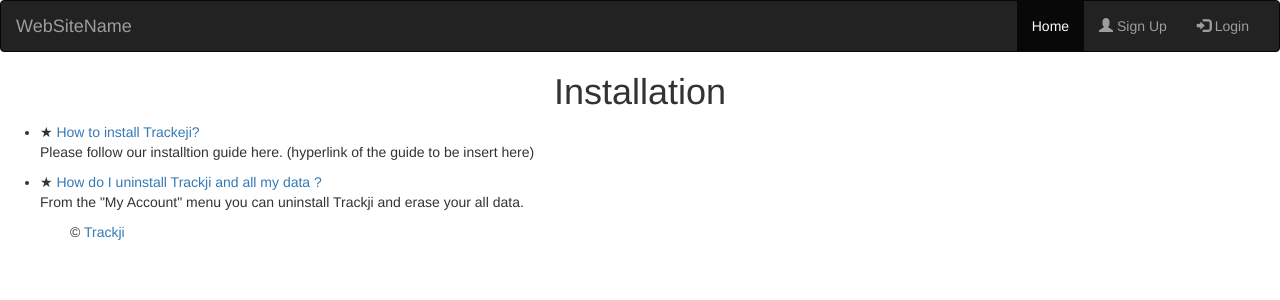
Repository: prathmeshgodbole/Web_Development
Page: Mobile_tracker/Installation.html
An editor plug-in stored every save of this project. The page is shown before and after the next save, followed by the edit.
The browser window is 1280 px wide. The pictures show the whole page.

Above is the page before, as saved 2020-03-08 17:57:26.

### Mobile_tracker/Installation.html
<!DOCTYPE html>
<html lang="en">



<head>
    <title>Bootstrap Example</title>
    <meta charset="utf-8">
    <meta name="viewport" content="width=device-width, initial-scale=1">
    <link rel="stylesheet" href="https://maxcdn.bootstrapcdn.com/bootstrap/3.4.1/css/bootstrap.min.css">
    <link rel="stylesheet" href="./css/installation.css">
    <script src="https://ajax.googleapis.com/ajax/libs/jquery/3.4.1/jquery.min.js"></script>
    <script src="https://maxcdn.bootstrapcdn.com/bootstrap/3.4.1/js/bootstrap.min.js"></script>
</head>

<body>

    <nav class="navbar navbar-inverse">
        <div class="container-fluid">
            <div class="navbar-header">
                <button type="button" class="navbar-toggle" data-toggle="collapse" data-target="#myNavbar">
        <span class="icon-bar"></span>
        <span class="icon-bar"></span>
        <span class="icon-bar"></span>
      </button>
                <a class="navbar-brand" href="#">WebSiteName</a>
            </div>
            <div class="collapse navbar-collapse" id="myNavbar">

                <ul class="nav navbar-nav navbar-right">
                    <li class="active"><a href="#">Home</a></li>
                    <li><a href="#"><span class="glyphicon glyphicon-user"></span> Sign Up</a></li>
                    <li><a href="#"><span class="glyphicon glyphicon-log-in"></span> Login</a></li>
                </ul>
            </div>
        </div>
    </nav>




    <div class="section-header">
        <h1 class="section-title">Installation</h1>
    </div>



    <ul class="article-list">

        <li class="article-promoted">
            <span data-title="Promoted article">★</span>
            <a href="">How to install Trackeji?</a>
            <p>Please follow our installtion guide here. (hyperlink of the guide to be insert here)</p>
        </li>

        <li class="article-promoted">
            <span data-title="Promoted article">★</span>
            <a href="">How do I uninstall Trackji and all my data ?</a>
            <p>From the "My Account" menu you can uninstall Trackji and erase your all data.</p>
        </li>

    </ul>

    <!--/.container-->
    <footer class="footer container">
        <div class="container-inner">
            <p class="copyright">&copy; <a href=>Trackji</a></p>
        </div>
    </footer>



</body>

</html>

### Mobile_tracker/css/installation.css
*body {
    margin: 0%;
    padding: 0%;
}

.section-header h1 {
    text-align: center;
}

.article-list ul {
    margin-top: 30px;
}

After the next save:
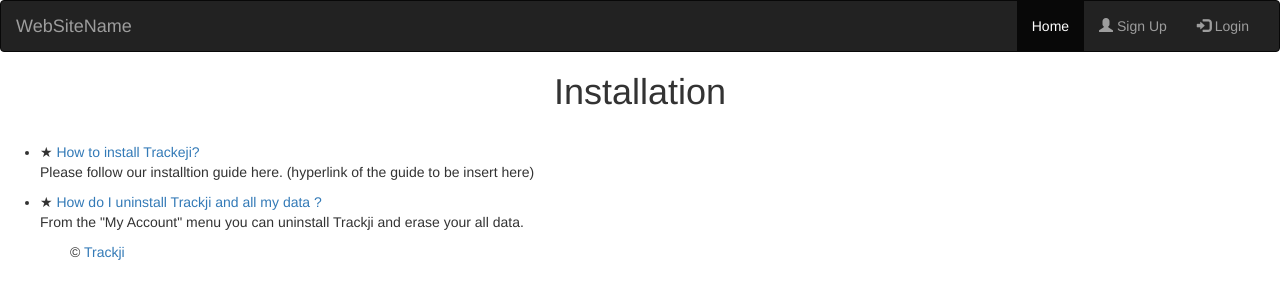
Saved 36 s later.
--- a/Mobile_tracker/css/installation.css
+++ b/Mobile_tracker/css/installation.css
@@ -7,6 +7,6 @@
     text-align: center;
 }
 
-.article-list ul {
+ul {
     margin-top: 30px;
 }
